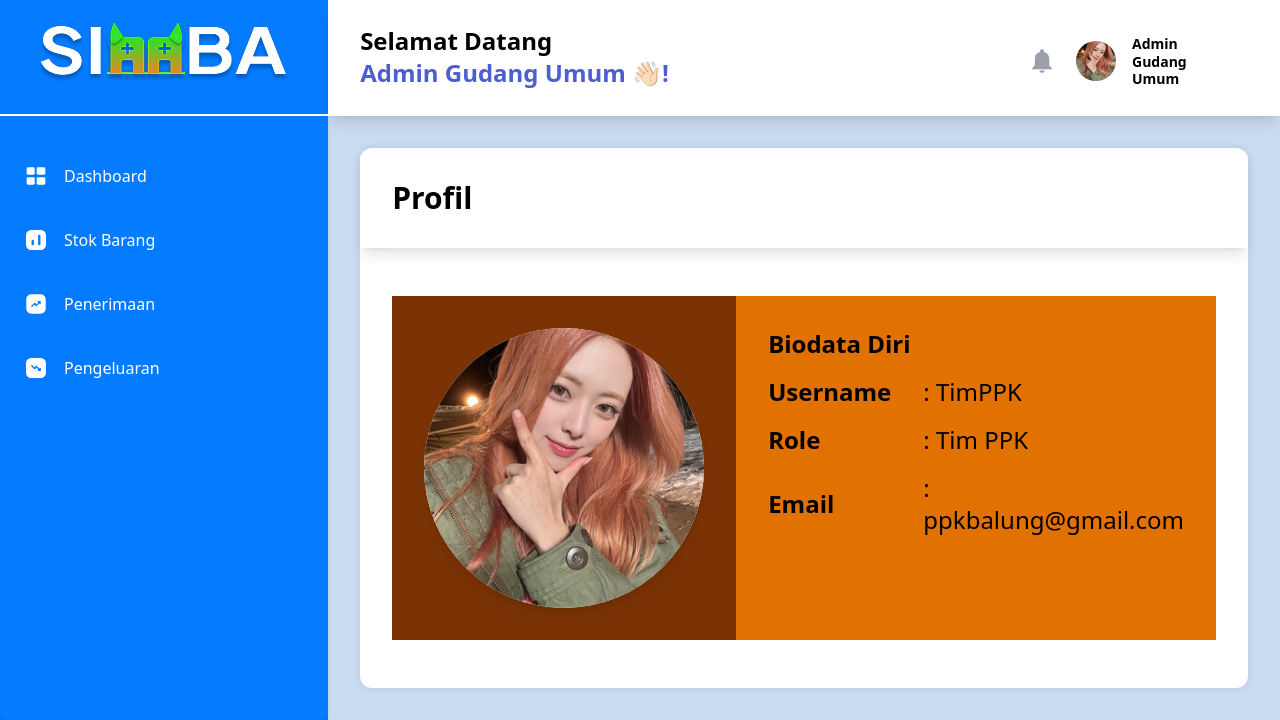
Repository: Gokerwow/inventory-fe
Page: /profil
These files come from the project's save history. The page is drawn as it stood at one moment and after the next save; the edit follows.
The browser window is 1280 px wide. The pictures show the whole page.
The project was rebuilt for these pictures with package versions that can differ from the ones it lists, and the page was loaded fresh each time. Also part of the build but not shown: vite.config.ts, src/components/lineChart.tsx, src/pages/dashboard.tsx, src/pages/stokBarang.tsx, src/components/pagination.tsx, src/components/PenerimaanTable.tsx, src/components/RiwayatPenerimaanTable.tsx, src/pages/penerimaan.tsx and 8 more.

Above is the page before, as saved 2025-10-28 12:11:06.

### index.html
<!doctype html>
<html lang="en">
  <head>
    <meta charset="UTF-8" />
    <link rel="icon" type="image/svg+xml" href="/vite.svg" />
    <meta name="viewport" content="width=device-width, initial-scale=1.0" />
    <title>inventory-fe</title>
  </head>
  <body>
    <div id="root"></div>
    <script type="module" src="/src/main.tsx"></script>
  </body>
</html>

### src/main.tsx
import { StrictMode } from 'react'
import { createRoot } from 'react-dom/client'
import './index.css'
import App from './App.tsx'
import ErrorBoundary from './components/errorBoundary.tsx'
import { BrowserRouter } from 'react-router-dom'

createRoot(document.getElementById('root')!).render(
  <StrictMode>
    <ErrorBoundary>
      <BrowserRouter>
        <App />
      </BrowserRouter>
    </ErrorBoundary>
  </StrictMode>,
)

### src/App.tsx
import './App.css'
import { Routes, Route, Navigate } from 'react-router-dom'
import Layout from './components/layout'
import Dashboard from './pages/dashboard'
import StokBarang from './pages/stokBarang'
import Penerimaan from './pages/penerimaan'
import Pengeluaran from './pages/pengeluaran'
import Profil from './pages/profil'
import TambahPenerimaan from './pages/TambahPenerimaan'
import FormDataBarangBelanja from './pages/FormDataBarangBelanja'

function App() {
  return (
    <Routes>
      <Route path="/" element={<Layout />}>
        <Route index element={<Navigate to="/dashboard" replace />} />
        <Route path="dashboard" element={<Dashboard />} />
        <Route path="pencatatan-stok" element={<StokBarang />} />
        <Route path="penerimaan">
          <Route index element={<Penerimaan />} />
          <Route path="tambah/barang-belanja" element={<FormDataBarangBelanja />} />
          <Route path="tambah" element={<TambahPenerimaan />} />
          {/* <Route path="edit/:id" element={<EditPenerimaan />} />
          <Route path="detail/:id" element={<DetailPenerimaan />} /> */}
        </Route>
        <Route path="pengeluaran" element={<Pengeluaran />} />
        <Route path="profil" element={<Profil />} />
      </Route>
    </Routes>
  )
}

export default App

### src/components/errorBoundary.tsx
// components/ErrorBoundary.tsx
import { ErrorBoundary as ReactErrorBoundary } from 'react-error-boundary';
import { type ReactNode } from 'react';

function ErrorFallback({ error, resetErrorBoundary }: any) {
    return (
        <div className="min-h-screen flex items-center justify-center bg-gray-100">
            <div className="bg-white p-8 rounded-lg shadow-lg max-w-md w-full">
                <h2 className="text-2xl font-bold text-red-600 mb-4">
                    Oops! Terjadi Error
                </h2>
                <div className="bg-red-50 border border-red-200 rounded p-4 mb-4">
                    <p className="text-red-800 font-semibold">Error:</p>
                    <p className="text-red-600 text-sm mt-2">{error.message}</p>
                </div>
                <details className="mb-4">
                    <summary className="cursor-pointer text-gray-600 hover:text-gray-800">
                        Stack Trace
                    </summary>
                    <pre className="mt-2 text-xs bg-gray-50 p-2 rounded overflow-auto max-h-40">
                        {error.stack}
                    </pre>
                </details>
                <button
                    onClick={resetErrorBoundary}
                    className="w-full bg-blue-600 text-white py-2 px-4 rounded hover:bg-blue-700 transition"
                >
                    Coba Lagi
                </button>
            </div>
        </div>
    );
}

interface ErrorBoundaryProps {
    children: ReactNode;
}

export default function ErrorBoundary({ children }: ErrorBoundaryProps) {
    return (
        <ReactErrorBoundary
            FallbackComponent={ErrorFallback}
            onError={(error, errorInfo) => {
                // Log error ke console atau service logging (Sentry, LogRocket, dll)
                console.error('Error caught by boundary:', error, errorInfo);
            }}
            onReset={() => {
                // Reset state aplikasi jika perlu
                window.location.href = '/';
            }}
        >
            {children}
        </ReactErrorBoundary>
    );
}

### src/App.css
@import "tailwindcss";

/* For WebKit Browsers */
::-webkit-scrollbar {
  width: 12px;
}

/* Make the track transparent */
::-webkit-scrollbar-track {
  background: transparent;
}

/* Style the thumb */
::-webkit-scrollbar-thumb {
  background-color: rgba(0, 0, 0, 0.2); /* Semi-transparent black */
  border-radius: 10px;
  border: 3px solid transparent; /* Padding around thumb */
  background-clip: content-box;
}

/* On hover, make it more visible */
::-webkit-scrollbar-thumb:hover {
  background-color: rgba(0, 0, 0, 0.4);
}

/* For Firefox - a bit trickier to make it auto-hiding like WebKit */
/* This just provides a very subtle scrollbar */
html {
  scrollbar-width: thin;
  scrollbar-color: rgb(22, 161, 237) transparent;
}


body {
  background-color: #cadcf2;
}

### src/components/layout.tsx
// components/Layout.tsx
import { Outlet } from 'react-router-dom';
import SideBar from '../components/sidebar'
import TopBar from '../components/topBar'

function Layout() {
    return (
        <div className="flex h-screen fixed w-screen">
            <SideBar />
            <div className="flex flex-col flex-1 h-full">
                <TopBar />
                <div className="overflow-auto p-8 flex-1 relative">
                    <Outlet />
                </div>
            </div>
        </div>
    );
}

export default Layout;

### src/pages/profil.tsx
import PfpExample from '../assets/Pfp Example.jpeg';

function Profil() {
    return (
        <div className="bg-white shadow-[0_0_10px_rgba(0,0,0,0.1)] h-full rounded-xl flex flex-col gap-4">
            <h1 className="text-3xl font-bold p-8 shadow-lg">Profil</h1>
            <div className="bg-white rounded-lg p-8">
                <div className='bg-amber-600 flex'>
                    <div className='bg-amber-900 p-8'>
                        <div className='bg-white rounded-full w-70 h-70 flex items-center justify-center overflow-hidden shadow-lg'>
                            <img src={PfpExample} alt="Profile Picture" className='w-full' />
                        </div>
                    </div>
                    <div className='text-2xl p-8 gap-8'>
                        <h1 className='font-bold'>Biodata Diri</h1>
                        <table className='border-separate border-spacing-y-4'>
                            <tr>
                                <td width="100"><strong>Username</strong></td>
                                <td className='pl-8'>: TimPPK</td>
                            </tr>
                            <tr>
                                <td><strong>Role</strong></td>
                                <td className='pl-8'>: Tim PPK</td>
                            </tr>
                            <tr>
                                <td><strong>Email</strong></td>
                                <td className='pl-8'>: ppkbalung@gmail.com</td>
                            </tr>
                        </table>
                    </div>
                </div>
            </div>
        </div>
    );
}

export default Profil;

### src/components/sidebar.tsx
import DashboardIcon from '../assets/DashboardIcon.svg?react';
import ChartIcon from '../assets/Chart.svg?react';
import PenerimaanIcon from '../assets/Penerimaan.svg?react';
import PengeluaranIcon from '../assets/Pengeluaran.svg?react';
import { NavLink } from 'react-router-dom';
import SimbaLogo from '../assets/logoSimbaDark.png';


export default function SideBar() {
    const menuItems = [
        { path: '/dashboard', icon: DashboardIcon, label: 'Dashboard' },
        { path: '/pencatatan-stok', icon: ChartIcon, label: 'Stok Barang' },
        { path: '/penerimaan', icon: PenerimaanIcon, label: 'Penerimaan' },
        { path: '/pengeluaran', icon: PengeluaranIcon, label: 'Pengeluaran' },
    ];

    return (
        <div className='w-[394px] h-full bg-[#057CFF]'>
            <div className="text-white flex flex-col h-full rounded-lg overflow-hidden shadow-md">
                <div className='flex justify-center items-center border-b-2 border-white'>
                    <img src={SimbaLogo} alt="Simba Logo" />
                </div>
                <ul className='flex flex-col gap-6 px-4 py-10 '>
                    {menuItems.map((item) => (
                        <li key={item.path}>
                            <NavLink
                                to={item.path}
                                className={({ isActive }) =>
                                    `flex items-center gap-4 p-2 rounded-md cursor-pointer transition-all duration-300 ${isActive
                                        ? 'bg-white/20 text-white translate-x-5'
                                        : ' text-white hover:bg-white/20 hover:text-white group hover:translate-x-5'
                                    }`
                                }
                            >
                                {({ isActive }) => (
                                    <>
                                        <item.icon
                                            className={`w-6 h-6 fill-current transition-colors ${isActive
                                                ? 'text-white'
                                                : 'text-white group-hover:text-white'
                                                }`}
                                        />
                                        <span>{item.label}</span>
                                    </>
                                )}
                            </NavLink>
                        </li>
                    ))}

                </ul>
            </div>
        </div>
    );
}

### src/components/topBar.tsx
import NotifIcon from '../assets/Notification.png';
import PfpExample from '../assets/Pfp Example.jpeg';
import { NavLink } from 'react-router-dom';


export default function TopBar() {
    return (
        <div className="w-full flex items-center justify-between bg-white shadow-lg z-50 h-29 border-b-2 border-white px-8">
            <div className='overflow-hidden flex h-20 items-stretch flex-1 justify-between'>
                <div className='text-2xl font-bold h-full flex flex-col justify-center'>
                    <p className=''>Selamat Datang</p>
                    <p className=' text-[#4D5ED1]'>Admin Gudang Umum 👋🏻!</p>
                </div>
                <NavLink to={'/profil'}>
                    <div className='flex items-center justify-center gap-4 px-4 py-4.5 cursor-pointer hover:bg-gray-200 transition-all duration-200'>
                        <div className='bg-white rounded-full w-9 h-9 flex items-center justify-center'>
                            <img src={NotifIcon} alt="Notification Icon" className='h-6' />
                        </div>
                        <div className='flex items-center gap-4'>
                            <div className='bg-white rounded-full w-10 h-10 flex items-center justify-center overflow-hidden'>
                                <img src={PfpExample} alt="Profile Picture" className='w-full' />
                            </div>
                            <span className='max-w-[100px] break-words leading-tight font-semibold text-sm'>Admin Gudang Umum</span>
                        </div>
                    </div>
                </NavLink>
            </div>
        </div>
    )
}

Loaded but not shown: src/index.css (common file)

After the next save:
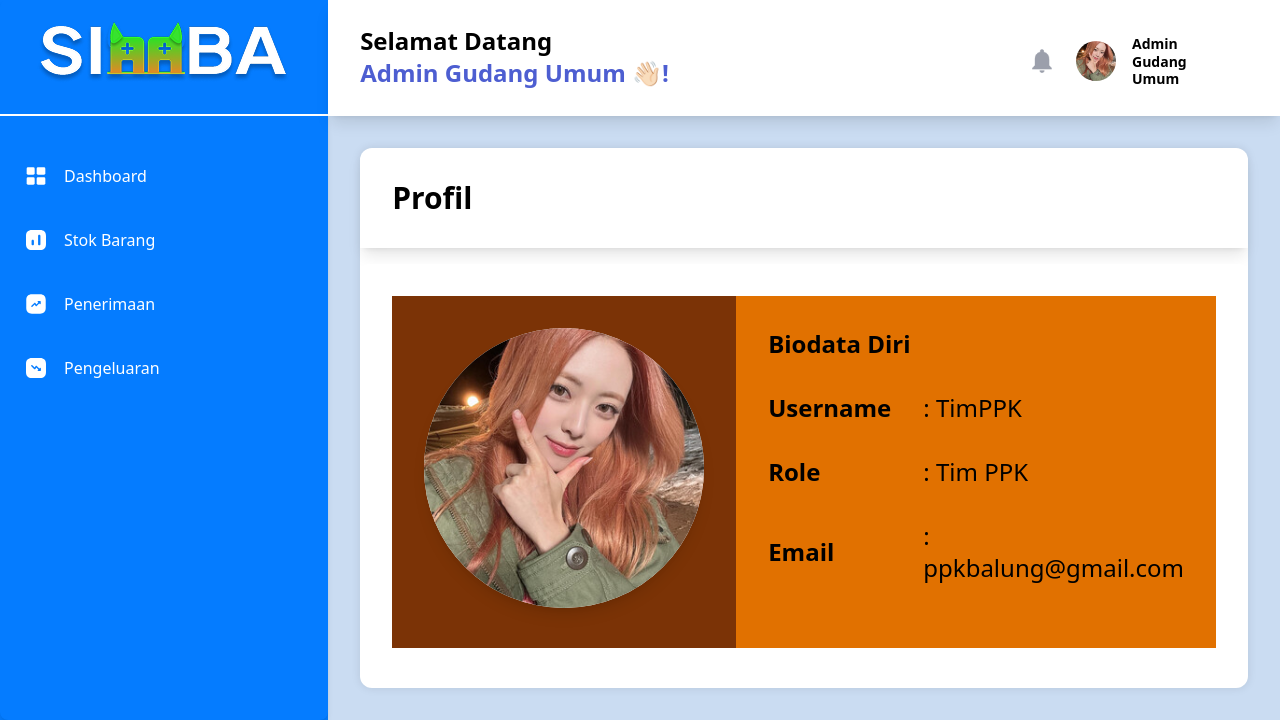
Saved 8 s later.
--- a/src/pages/profil.tsx
+++ b/src/pages/profil.tsx
@@ -13,7 +13,7 @@ function Profil() {
                     </div>
                     <div className='text-2xl p-8 gap-8'>
                         <h1 className='font-bold'>Biodata Diri</h1>
-                        <table className='border-separate border-spacing-y-4'>
+                        <table className='border-separate border-spacing-y-8'>
                             <tr>
                                 <td width="100"><strong>Username</strong></td>
                                 <td className='pl-8'>: TimPPK</td>
